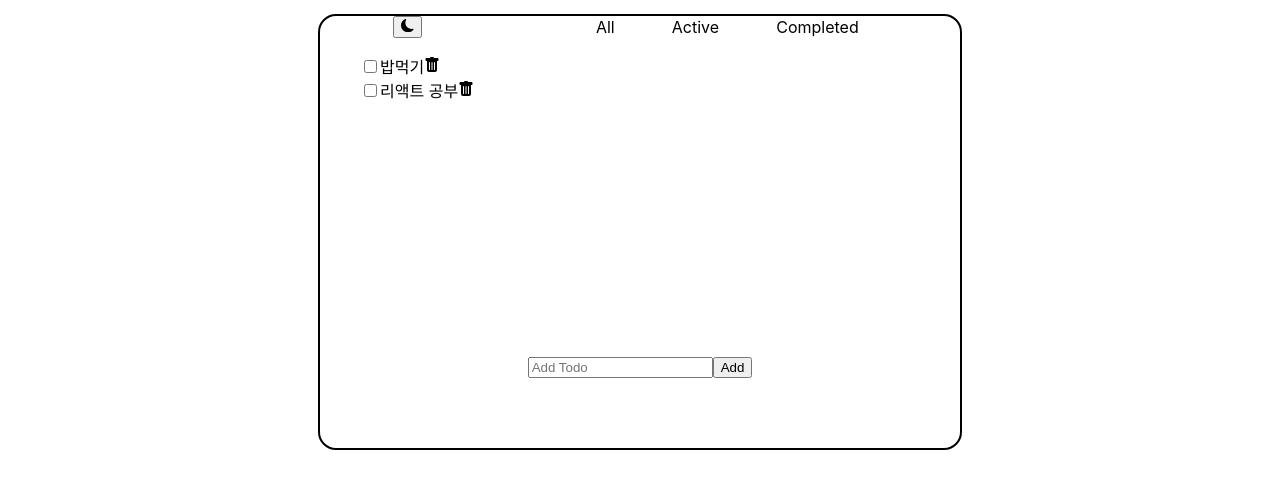
Repository: DongjaJ/React-Todo
Page: / (app in react-todo/)
The author's editor kept a copy of each file at every save. The page is drawn from the files as they stood at one save, then again after the next save.
The browser window is 1280 px wide. The pictures show the whole page.
The project was rebuilt for these pictures with package versions that can differ from the ones it lists, and the page was loaded fresh each time.

Above is the page before, as saved 2023-05-15 14:09:03.

### react-todo/public/index.html
<!DOCTYPE html>
<html lang="en">
	<head>
		<meta charset="utf-8" />
		<link rel="icon" href="%PUBLIC_URL%/favicon.ico" />
		<meta name="viewport" content="width=device-width, initial-scale=1" />
		<meta name="theme-color" content="#000000" />
		<meta
			name="description"
			content="Web site created using create-react-app" />
		<link rel="apple-touch-icon" href="%PUBLIC_URL%/logo192.png" />
		<!--
      manifest.json provides metadata used when your web app is installed on a
      user's mobile device or desktop. See https://developers.google.com/web/fundamentals/web-app-manifest/
    -->
		<link rel="manifest" href="%PUBLIC_URL%/manifest.json" />
		<!--
      Notice the use of %PUBLIC_URL% in the tags above.
      It will be replaced with the URL of the `public` folder during the build.
      Only files inside the `public` folder can be referenced from the HTML.

      Unlike "/favicon.ico" or "favicon.ico", "%PUBLIC_URL%/favicon.ico" will
      work correctly both with client-side routing and a non-root public URL.
      Learn how to configure a non-root public URL by running `npm run build`.
    -->
		<title>📘 Todo</title>
	</head>
	<body>
		<noscript>You need to enable JavaScript to run this app.</noscript>
		<div id="root"></div>
		<!--
      This HTML file is a template.
      If you open it directly in the browser, you will see an empty page.

      You can add webfonts, meta tags, or analytics to this file.
      The build step will place the bundled scripts into the <body> tag.

      To begin the development, run `npm start` or `yarn start`.
      To create a production bundle, use `npm run build` or `yarn build`.
    --></body>
</html>

### react-todo/src/App.js
import './App.css';
import Footer from './components/Footer';
import Header from './components/Header';
import Todos from './components/Todos';

function App() {
	return (
		<div className="App">
			<Header></Header>
			<Todos></Todos>
			<Footer></Footer>
		</div>
	);
}

export default App;

### react-todo/src/App.css
body {
	display: flex;
	flex-direction: column;
	justify-content: center;
	align-items: center;
}

.App {
	outline: 2px solid black;
	width: 50vw;
	height: 60vh;
	border-radius: 16px;
}

li {
	list-style: none;
}

### react-todo/src/components/Footer.jsx
import React from 'react';
import styles from '../styles/Footer.module.css';

export default function Footer() {
	return (
		<div className={styles.footer}>
			<input placeholder="Add Todo"></input>
			<button>Add</button>
		</div>
	);
}

### react-todo/src/components/Header.jsx
import React from 'react';
import { BsFillSunFill, BsFillMoonFill } from 'react-icons/bs';
import styles from '../styles/Header.module.css';

export default function Header() {
	return (
		<div className={styles.header}>
			<button>
				<BsFillMoonFill />
			</button>
			<div className={styles['category-section']}>
				<section>All</section>
				<section>Active</section>
				<section>Completed</section>
			</div>
		</div>
	);
}

### react-todo/src/components/Todos.jsx
import React from 'react';
import styles from '../styles/Todos.module.css';
import { BsFillTrashFill } from 'react-icons/bs';

export default function Todos() {
	return (
		<div className={styles.todos}>
			<ul>
				<li>
					<input type="checkbox" />
					밥먹기
					<BsFillTrashFill />
				</li>
				<li>
					<input type="checkbox" />
					리액트 공부
					<BsFillTrashFill />
				</li>
			</ul>
		</div>
	);
}

### react-todo/src/styles/Footer.module.css
.footer {
	display: flex;
	align-items: center;
	justify-content: center;
}

### react-todo/src/styles/Header.module.css
.header {
	display: flex;
	justify-content: space-around;
	align-items: center;
	margin-top: 1rem;
}

.category-section {
	display: flex;
	justify-content: space-around;
	align-items: center;
	width: 50%;
}

### react-todo/src/styles/Todos.module.css
.todos {
	width: 100%;
	height: 70%;
}

Loaded but not shown: react-todo/src/index.js (common file); react-todo/src/index.css (common file); react-todo/src/reportWebVitals.js (common file)

After the next save:
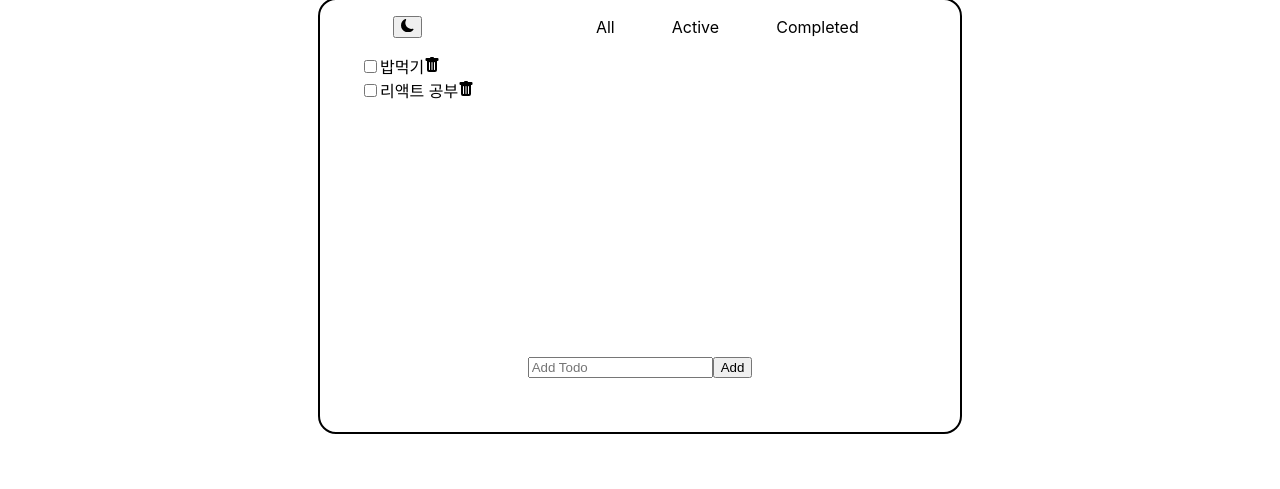
Saved 40 s later.
--- a/react-todo/src/styles/Header.module.css
+++ b/react-todo/src/styles/Header.module.css
@@ -2,7 +2,7 @@
 	display: flex;
 	justify-content: space-around;
 	align-items: center;
-	margin-top: 1rem;
+	padding-top: 1rem;
 }
 
 .category-section {
